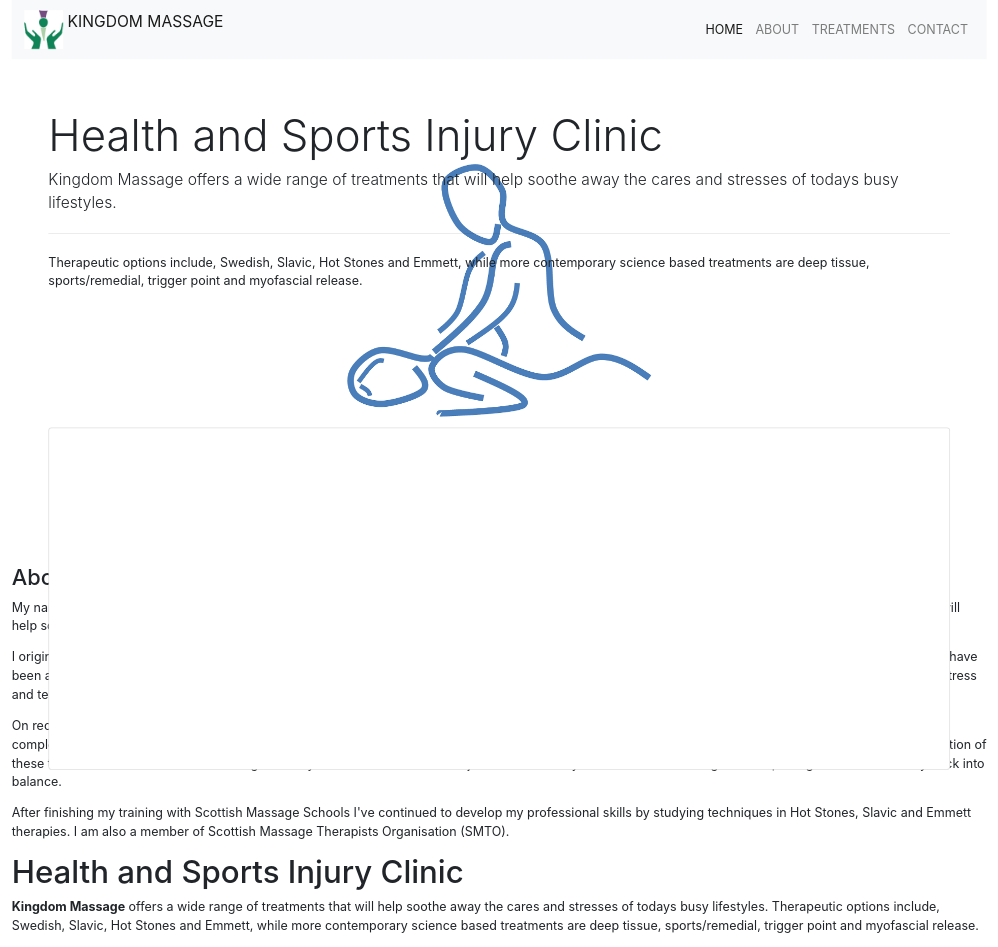
Repository: dalecars/User-Centric-Frontend-Development-Milestone-Project
Page: index.html
The author's editor kept a record of every edit. The page is drawn from the files as they stood at one moment, then again after the next edit.
The browser window is 1280 px wide. The pictures show the whole page, at 78% of full size.
Backgrounds fixed to the window are drawn as part of the page.

Above is the page before.

### index.html
<!DOCTYPE html>
<html lang="en">
<head>
    <meta charset="UTF-8">
    <meta name="viewport" content="width=device-width, initial-scale=1.0">
    <meta http-equiv="X-UA-Compatible" content="ie=edge">
    <link rel="stylesheet" href="https://maxcdn.bootstrapcdn.com/bootstrap/4.1.3/css/bootstrap.min.css">
    <link rel="stylesheet" href="assets/css/style.css" type="text/css" />
    <title>Kingdom Massage</title>
</head>
<body>

<!-- ########### Header ########### -->

    <header class="container-fluid">
        <nav class="navbar navbar-expand-lg navbar-light bg-light navbar-fixed-top">
            <a class="navbar-brand" href="#">
                <img src="assets/images/logo.jpg" width="50" height="50" class="d-inline-block align-top" alt="logo">
                Kingdom Massage
            </a>


            <button class="navbar-toggler" type="button" data-toggle="collapse" data-target="#navbarNavDropdown" aria-controls="navbarNavDropdown" aria-expanded="false" aria-label="Toggle navigation">
                <span class="navbar-toggler-icon"></span>
            </button>

            <div class="collapse navbar-collapse" id="navbarNavDropdown">
                <div class="navbar-nav ml-auto">
                    <a class="nav-item nav-link active" href="#">Home <span class="sr-only">(current)</span></a>
                    <a class="nav-item nav-link" href="#">About</a>
                    <a class="nav-item nav-link" href="#">Treatments</a>
                    <a class="nav-item nav-link" href="#">Contact</a>
                </div>
            </div>
        </nav>

        <div class="container-fluid top-container">
            <div class="jumbotron">
                <h1 class="display-4">Health and Sports Injury Clinic</h1>
                <p class="lead">Kingdom Massage offers a wide range of treatments that will help soothe away the cares and stresses of todays busy lifestyles.</p>
                <hr class="my-4">
                <p>Therapeutic options include, Swedish, Slavic, Hot Stones and Emmett, while more contemporary science based treatments are deep tissue, sports/remedial, trigger point and myofascial release.</p>
            </div>



        <div class="jumbotron">
            <div class="card card-image" style="background-image: url("../assets/images/massage-background.png");">
                <div class="text-white text-center rgba-stylish-strong py-5 px-4">
                    <div class="py-5">

                        <!-- Content -->
                        <h5 class="h5 orange-text"><i class="fas fa-camera-retro"></i> Photography</h5>
                        <h2 class="card-title h2 my-4 py-2">Jumbotron with image overlay</h2>
                        <p class="mb-4 pb-2 px-md-5 mx-md-5">Lorem ipsum dolor sit amet, consectetur adipisicing elit. Pariatur obcaecati vero aliquid libero doloribus ad, unde tempora maiores, ullam, modi qui quidem minima debitis perferendis vitae cumque et quo impedit.</p>
                        <a class="btn peach-gradient"><i class="fas fa-clone left"></i> View project</a>

                    </div>
                </div>
            </div>
        </div>

     </header>


  </div>
</div>
</div>

<!-- ########### About section ########### -->

    <section id="about">
        <div class="container-fluid about-container">
            <h3>About</h3>
            <p>My name is Laura Gemmell RMT DOSM, I am extremely passionate about my profession using only the finest products. I offer a wide range of treatments
            that will help soothe away the cares and stresses of todays busy lifestyles.</p>

            <p>I originally hail from Banbridge, Northern Ireland and have lived in Scotland since 2001, now residing in Carnock where Kingdom Massage is based.
            All my life i have been a keen sports person including Tae Kwon Do, badminton, golf and hockey. Now being a working mother and housewife I fully
            understand the day to day stress and tension a body can suffer.</p>

            <p>On recognising the aches and pains I suffered myself during sport, work and pregnancy I decided to take up the challenge and learn massage therapy.
            After completing and thoroughly enjoying therapeutic massage training, I also mastered the on-site and sports/remedial massage challenges. It was after
            the completion of these that I realised how versatile massage actually is and how often small adjustments to lifestyle in addition to massage can help
            bring the mind and body back into balance.</p>

            <p>After finishing my training with Scottish Massage Schools I've continued to develop my professional skills by studying techniques in Hot Stones,
            Slavic and Emmett therapies. I am also a member of Scottish Massage Therapists Organisation (SMTO).</p>
        </div>
    </section>


 <!-- ########### Treatmeant section ########### -->

     <section id="treatments">
        <div class="container-fluid about-container">
                <div class="title">
                    <h1>Health and Sports Injury Clinic</h3>
                </div>
                <div class="description">
                    <p><Strong>Kingdom Massage</strong> offers a wide range of treatments that will help soothe away the cares and stresses of todays busy
                    lifestyles. Therapeutic options include, Swedish, Slavic, Hot Stones and Emmett, while more contemporary science based treatments are deep tissue,
                    sports/remedial, trigger point and myofascial release.</p>
                </div>
        </div>
    </section>


  <!-- ########### Footer ########### -->

    <footer>
        <script src="https://code.jquery.com/jquery-3.3.1.slim.min.js" integrity="sha384-q8i/X+965DzO0rT7abK41JStQIAqVgRVzpbzo5smXKp4YfRvH+8abtTE1Pi6jizo" crossorigin="anonymous"></script>
        <script src="https://cdnjs.cloudflare.com/ajax/libs/popper.js/1.14.7/umd/popper.min.js" integrity="sha384-UO2eT0CpHqdSJQ6hJty5KVphtPhzWj9WO1clHTMGa3JDZwrnQq4sF86dIHNDz0W1" crossorigin="anonymous"></script>
        <script src="https://stackpath.bootstrapcdn.com/bootstrap/4.3.1/js/bootstrap.min.js" integrity="sha384-JjSmVgyd0p3pXB1rRibZUAYoIIy6OrQ6VrjIEaFf/nJGzIxFDsf4x0xIM+B07jRM" crossorigin="anonymous"></script>
    </footer>

 </body>
</html>

### assets/css/style.css
body {
    margin: 0px;
    padding: 0px;
}

/******************* navbar *******************/

.navbar {
    background: none;
    text-transform: uppercase;
}

.navbar-nav {
    text-align: right;
}


/******************* jumbotron *******************/

.top-container {
    height: 90vh;
    background: url("../images/massage-background.png") no-repeat bottom center fixed;
    -webkit-background-size: cover;
    -moz-background-size: cover;
    -o-background-size: cover;
    background-size: cover;
}

.jumbotron {
    background-color: transparent
}

After the next edit:
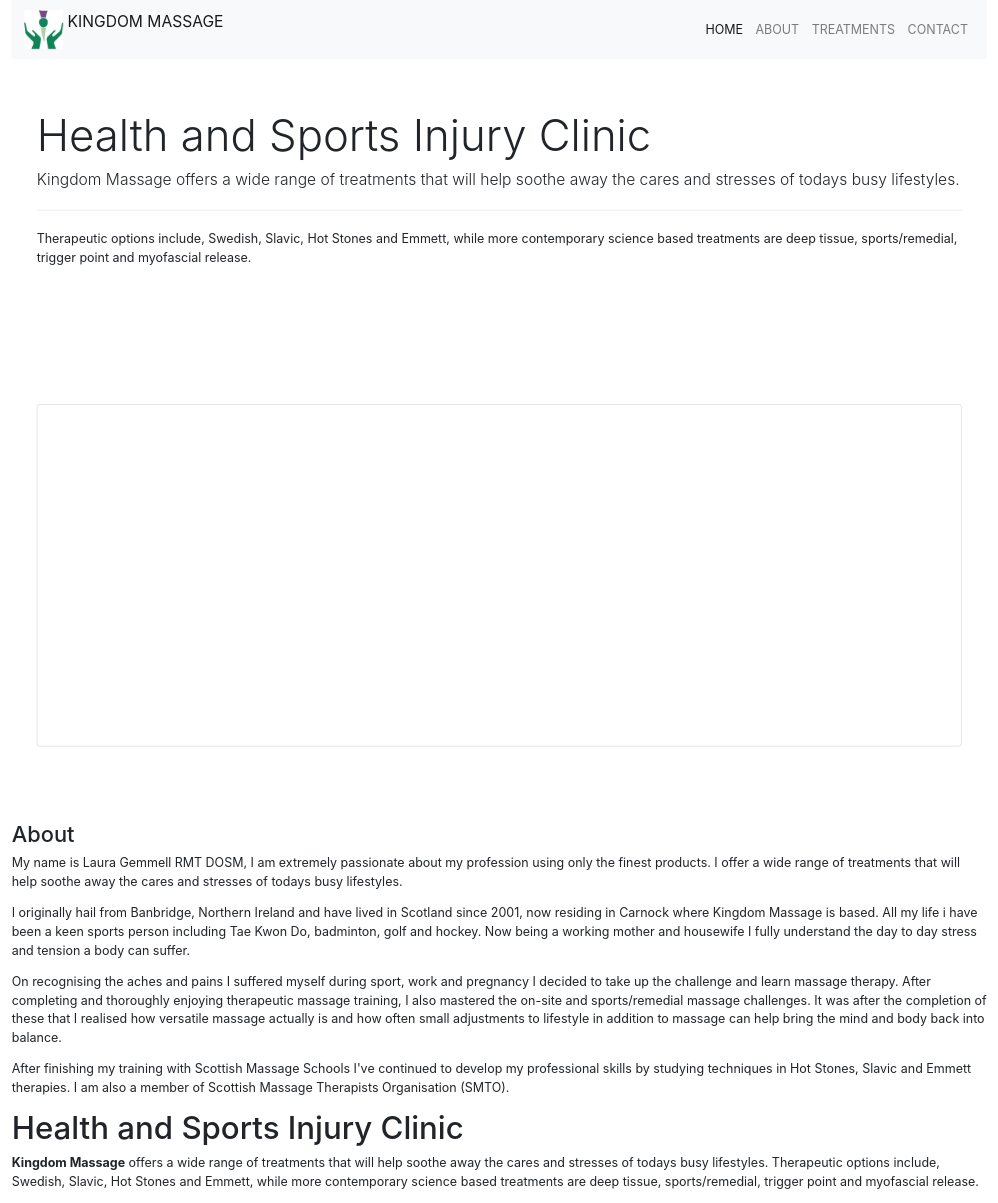
The edit:
--- a/index.html
+++ b/index.html
@@ -34,7 +34,7 @@
             </div>
         </nav>
 
-        <div class="container-fluid top-container">
+
             <div class="jumbotron">
                 <h1 class="display-4">Health and Sports Injury Clinic</h1>
                 <p class="lead">Kingdom Massage offers a wide range of treatments that will help soothe away the cares and stresses of todays busy lifestyles.</p>
